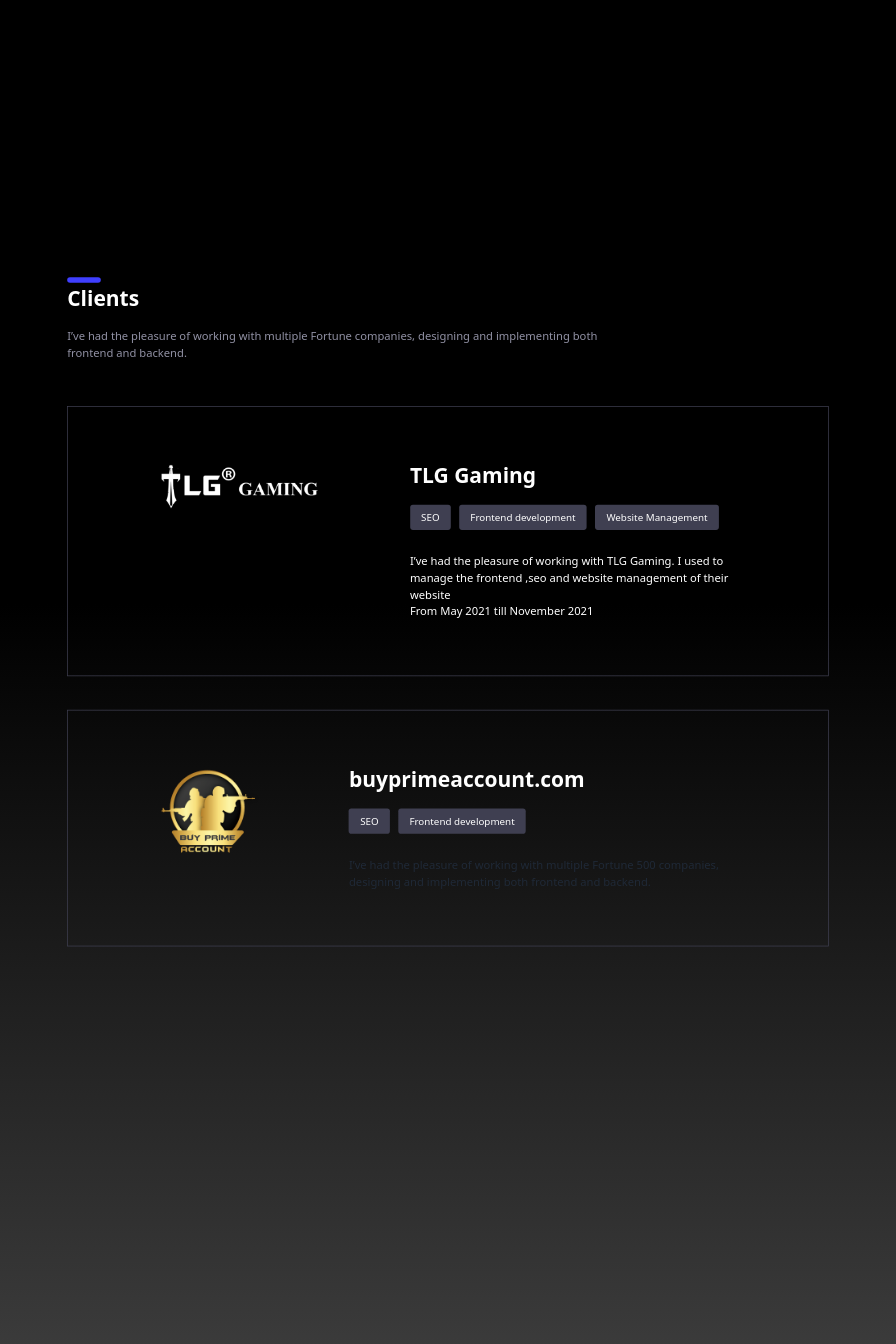
Repository: Alex0715/portfolio
Page: /components/client
The author's editor kept a copy of each file at every save. The page is drawn from the files as they stood at one save, then again after a run of saves.
The browser window is 1280 px wide. The pictures show the part of the page from y = 0 to 1920 px (the page is 5756 px tall), at 70% of full size.
The project was rebuilt for these pictures with package versions that can differ from the ones it lists, and the page was loaded fresh each time. The framework's server and built-in components were replaced by stand-ins that run in the browser. Also part of the build but not shown: next.config.js.

Above is the page before, as saved 2022-02-04 13:07:31.

After the next 2 saves:
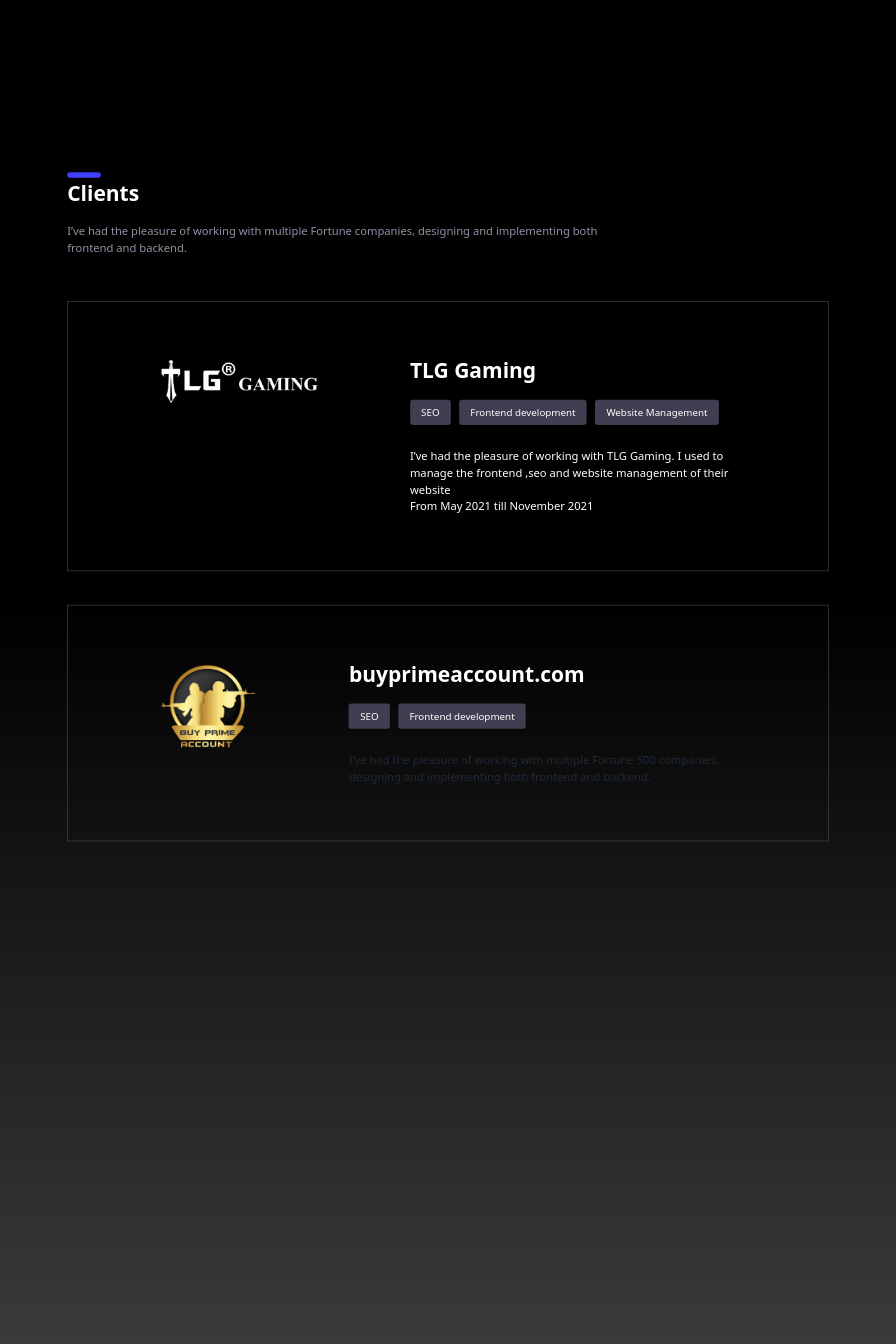
The 2 saves are shown as one change because they came seconds apart.
The last was saved 13 s later.
--- a/styles/globals.css
+++ b/styles/globals.css
@@ -79,7 +79,7 @@
 
   }
   #section3 {
-      height: 1300px;
+      height: 1000px;
   }
 
   #section4 {
